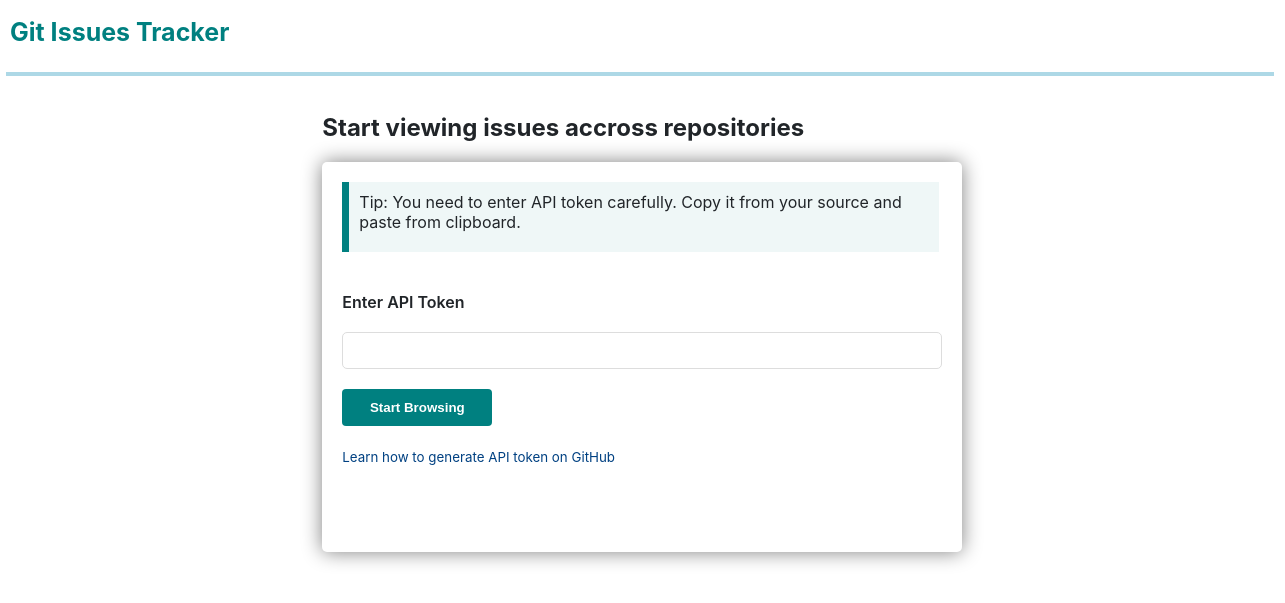
Repository: duzzisantos/github-repos-react-graphql
Page: /start
An editor plug-in stored every save of this project. The page is shown before and after the next save, followed by the edit.
The browser window is 1280 px wide. The page is 1285 px wide, so the pictures cover 1285 px, including what lies to the right of the window. The pictures show the whole page.
The project was rebuilt for these pictures with package versions that can differ from the ones it lists, and the page was loaded fresh each time. Also part of the build but not shown: src/App.css, src/components/table/Filters.tsx, src/components/table/Pagination.tsx, src/components/table/TableComponent.tsx, src/components/table/columnHelpers.ts, src/utilities/funtions.ts, src/pages/Repositories.tsx, src/components/cards/Cards.tsx and 1 more.

Above is the page before, as saved 2024-06-17 18:06:52.

After the next save:
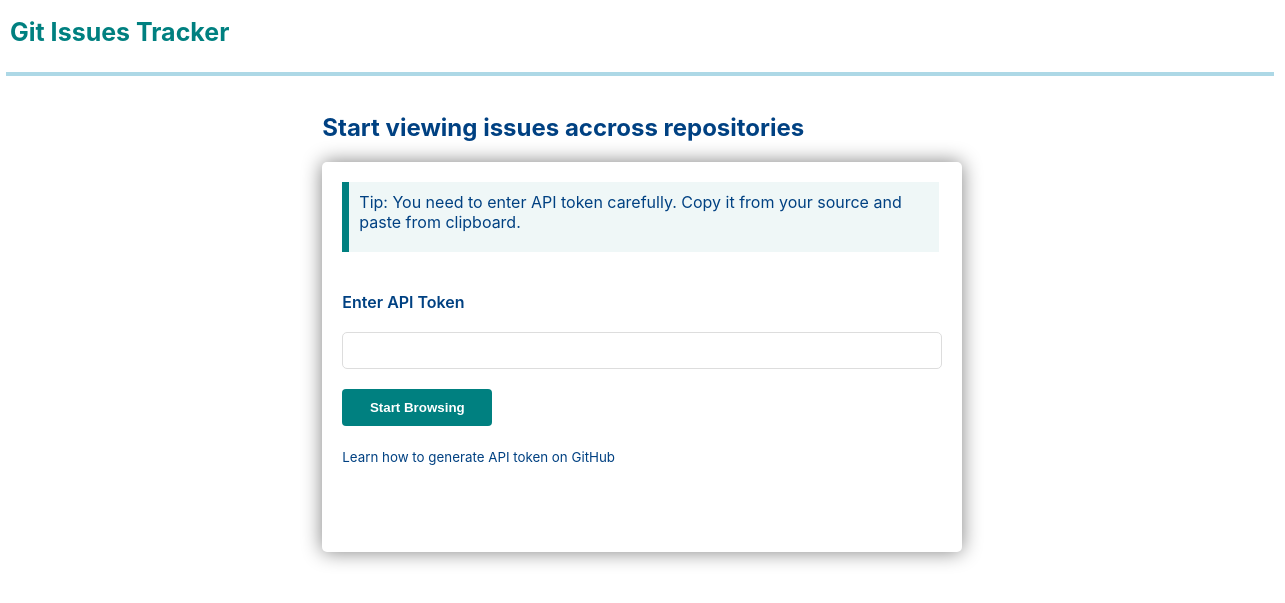
Saved 8 s later.
--- a/src/App.scss
+++ b/src/App.scss
@@ -26,7 +26,7 @@ $rounded-box: 5px;
   justify-content: center;
   bottom: 0;
   margin-left: auto;
-  color: $text-dark;
+  color: $text-blue;
 }
 
 h1 {
